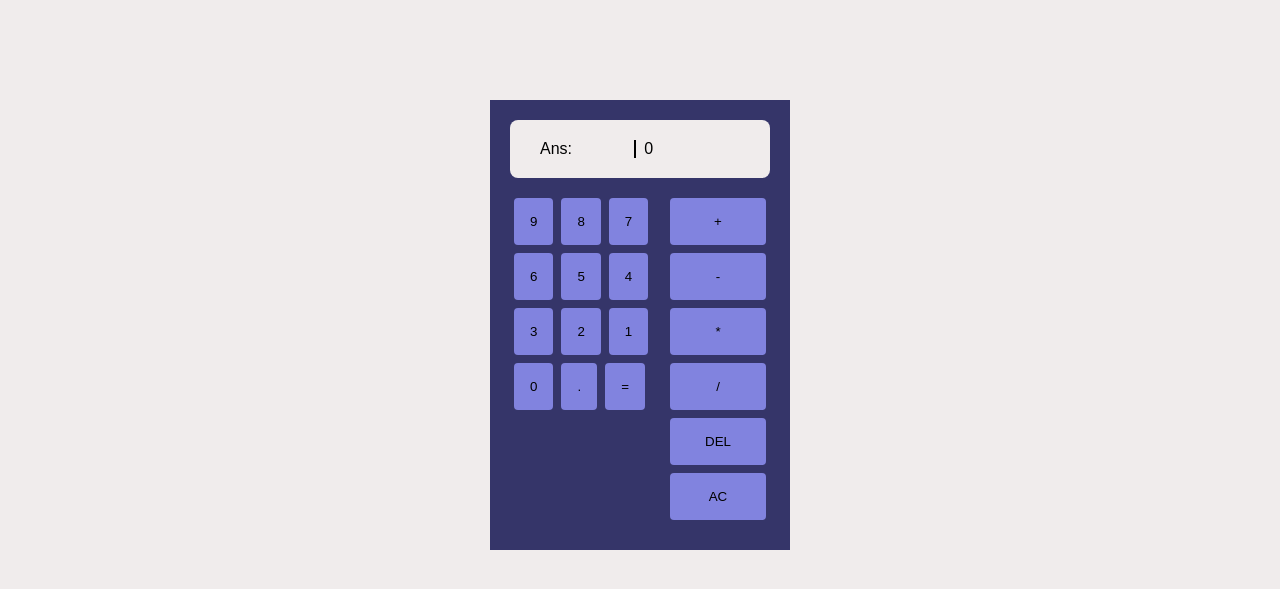
Repository: Bishek666/simple-calculator
Page: /
These files come from the project's save history. The page is drawn as it stood at one moment and after the next save; the edit follows.
The browser window is 1280 px wide. The pictures show the whole page.
The project was rebuilt for these pictures with package versions that can differ from the ones it lists, and the page was loaded fresh each time.

Above is the page before, as saved 2021-10-26 16:46:25.

After the next save:
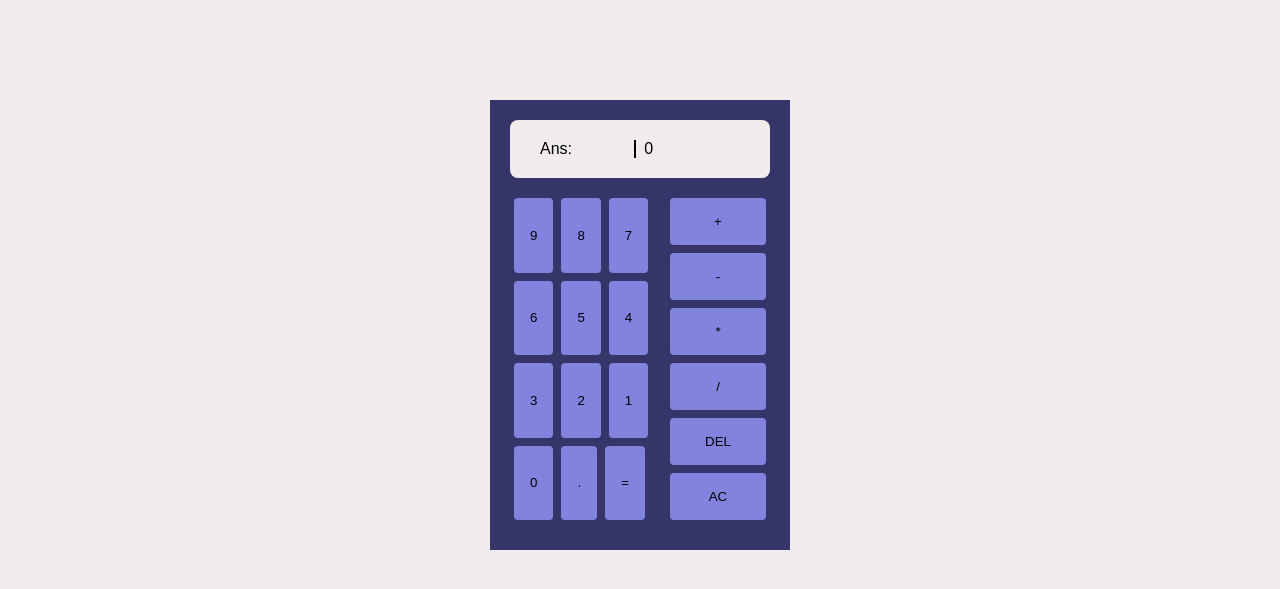
Saved 13 s later.
--- a/src/index.css
+++ b/src/index.css
@@ -63,6 +63,8 @@ button {
 }
 
 .digits {
+    display: flex;
+    flex-wrap: wrap;
     width: 60%;
 }
 
